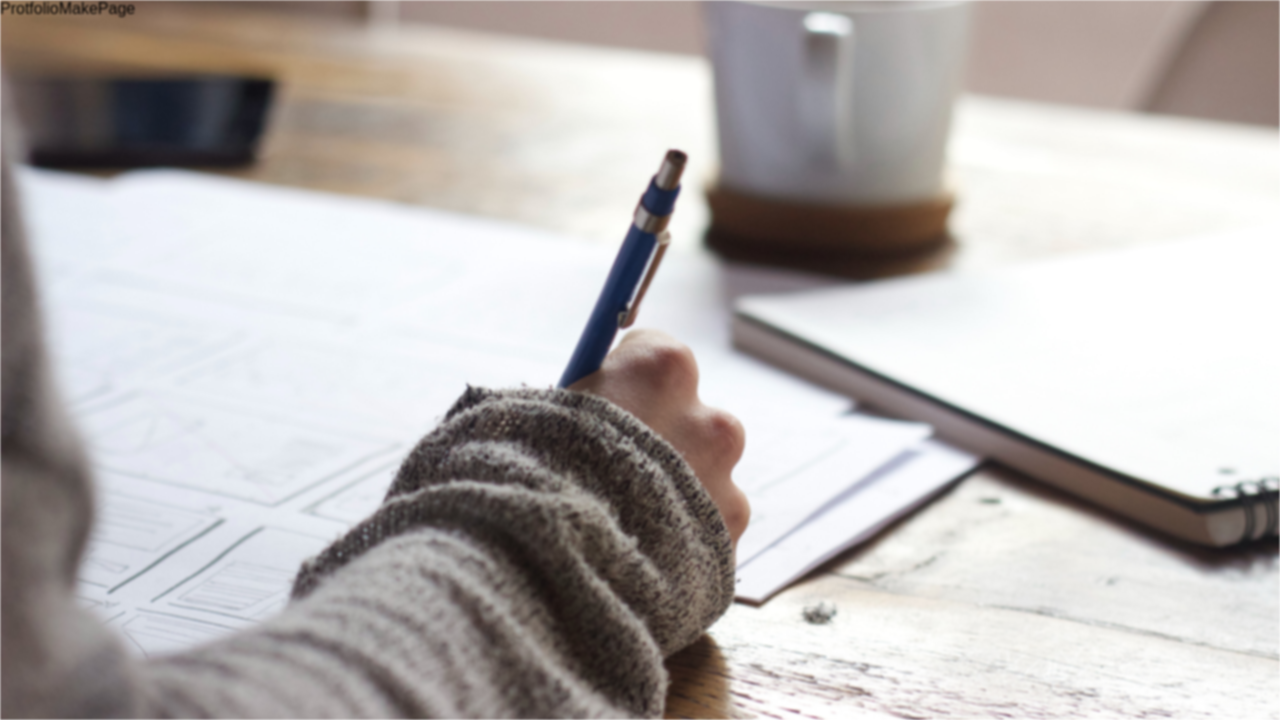
Repository: SeungYn/poje-frontend
Page: /portfolio/make
An editor plug-in stored every save of this project. The page is shown before and after the next save, followed by the edit.
The browser window is 1280 px wide. The pictures show the whole page.
The project was rebuilt for these pictures with package versions that can differ from the ones it lists, and the page was loaded fresh each time. Also part of the build but not shown: craco.config.js, src/components/auth/styledComponets.ts, src/components/auth/AuthLoginForm.tsx, src/components/auth/AuthSideBanner.tsx, src/components/auth/AuthSignUpForm.tsx, src/components/auth/AuthFormTemplate.tsx, src/components/auth/Login.tsx, src/components/auth/SignUp.tsx and 16 more.

Above is the page before, as saved 2023-01-16 21:33:06.

After the next save:
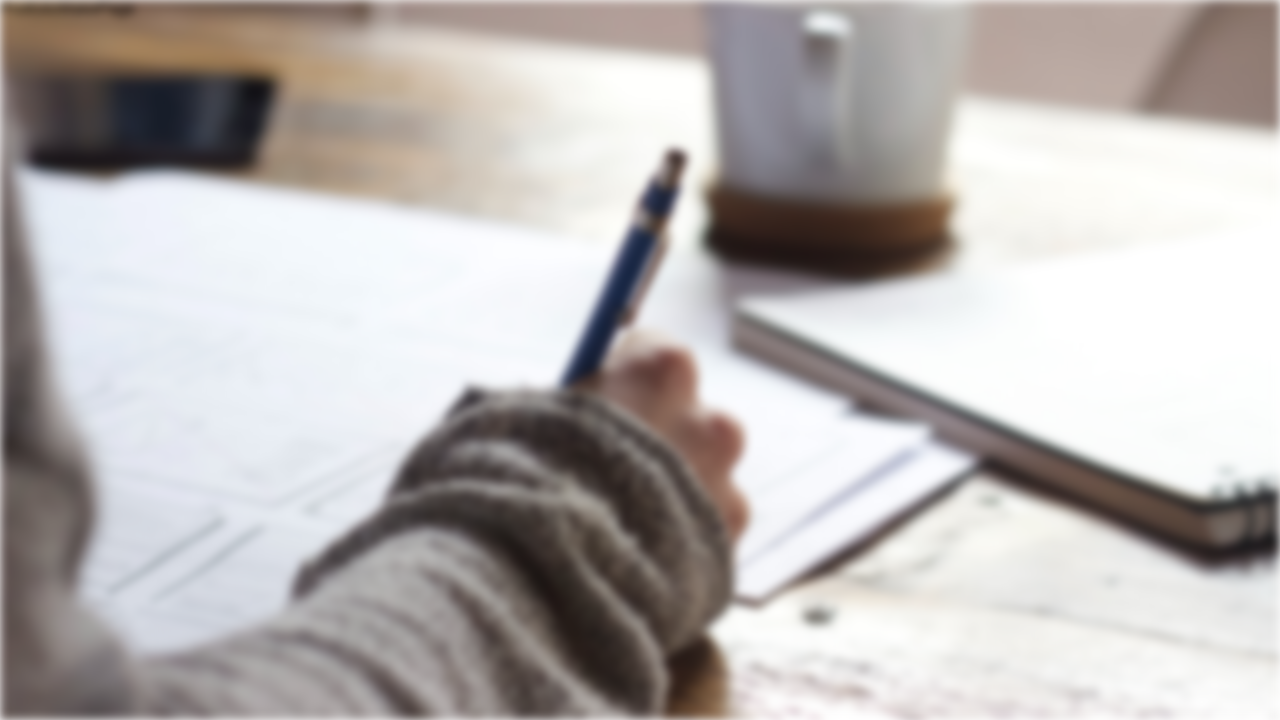
Saved 113 s later.
--- a/src/pages/portfolio/PortfolioMakePage.tsx
+++ b/src/pages/portfolio/PortfolioMakePage.tsx
@@ -12,7 +12,7 @@ const Container = styled.section<{ backgroundImgUrl: string }>`
   background-image: url(${(props) => props.backgroundImgUrl});
   background-position: center;
   background-size: cover;
-  filter: blur(1px);
+  filter: blur(5px);
   height: 100vh;
   width: 100%;
 `;
